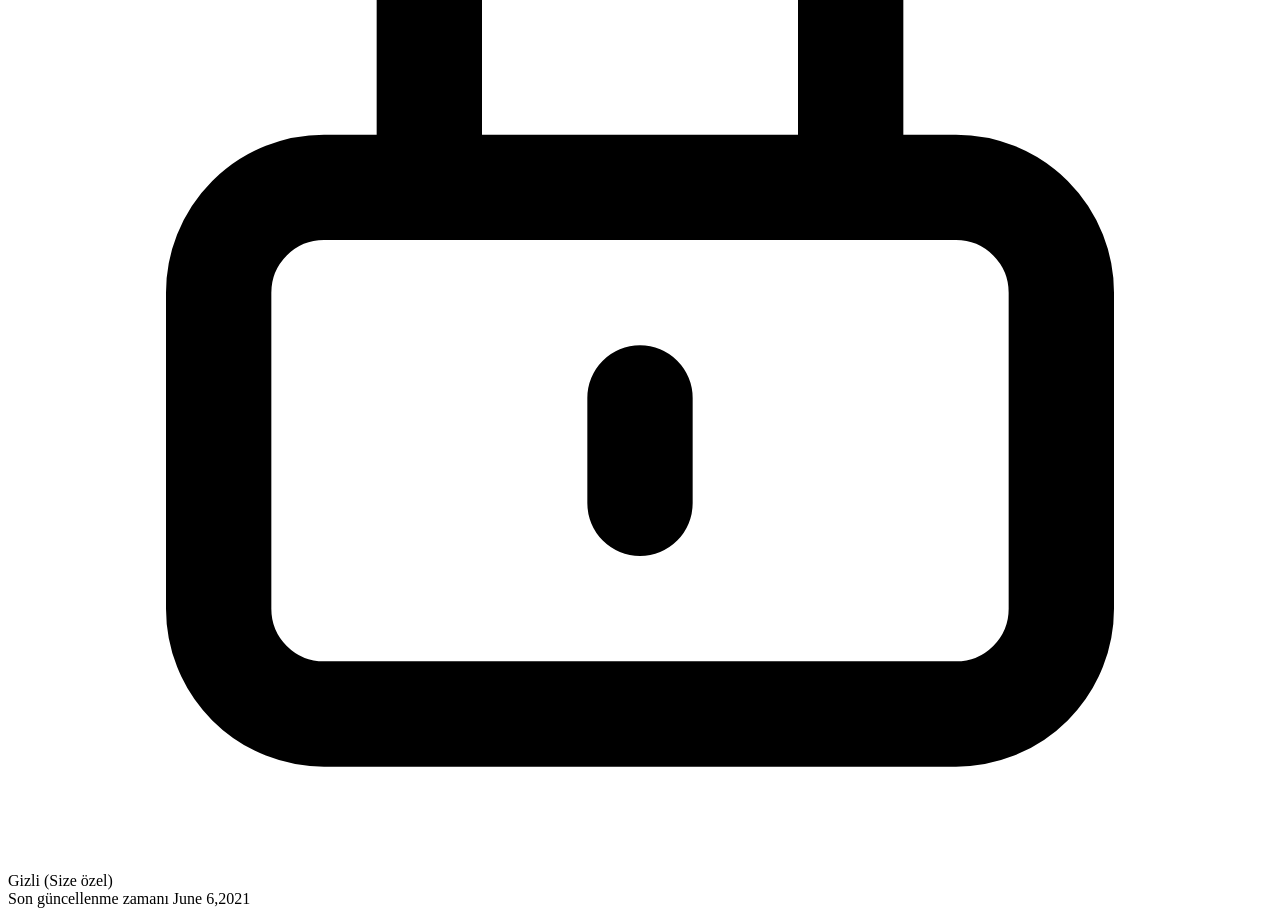
Repository: burakkck/team-2-tailwindcss-ui-sunumdetayi
Page: src/mid.html
These files come from the project's save history. The page is drawn as it stood at one moment and after the next save; the edit follows.
The browser window is 1280 px wide. The pictures show the part of the page from y = 1102 to 2054 px (the page is 2018 px tall before and 2054 px after).
A picture or video elsewhere on the page could not be fetched, so the positions and the page height are approximate.

Above is the page before, as saved 2022-08-01 02:13:34.

After the next save:
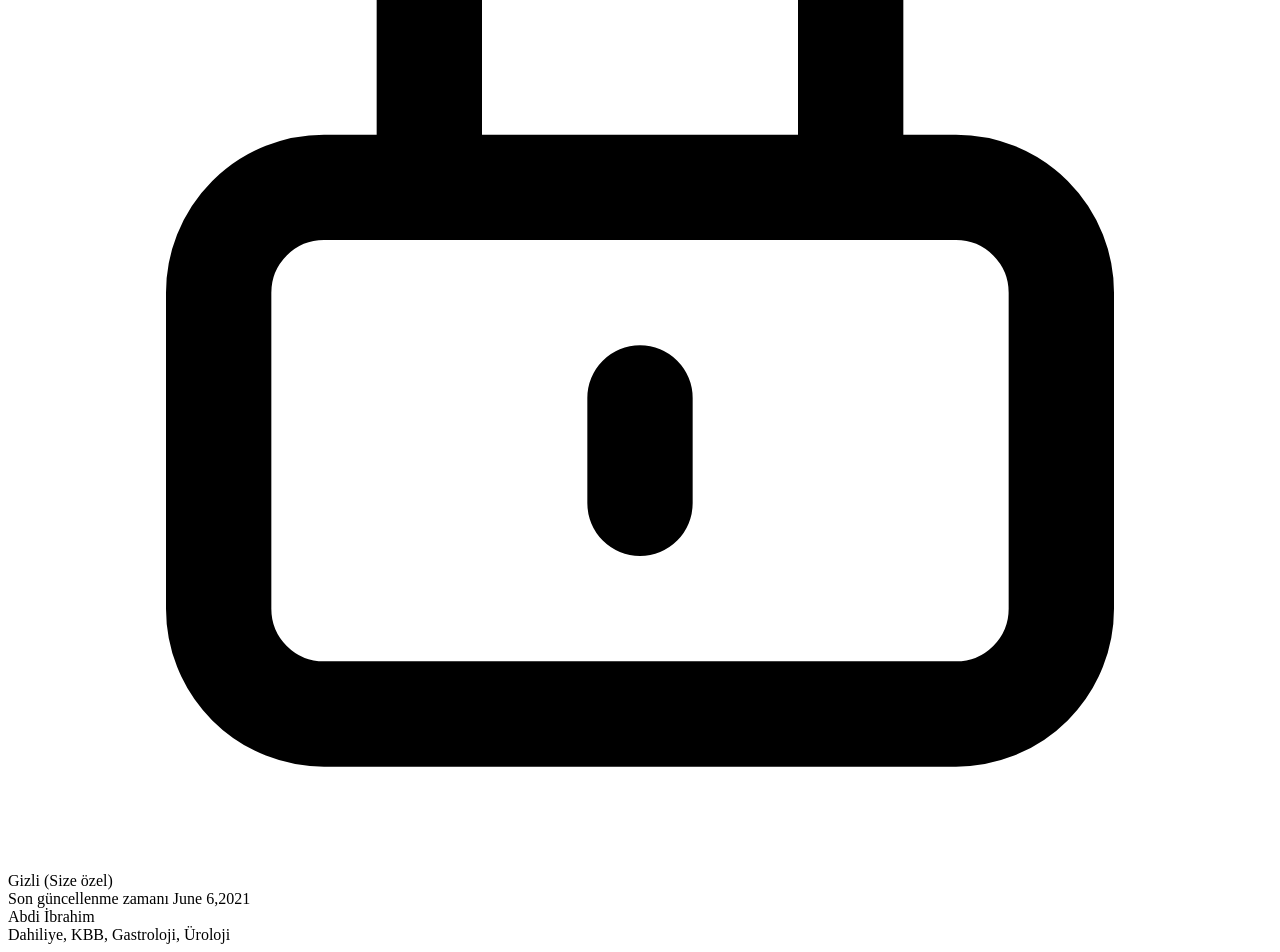
Saved 2 min 49 s later.
--- a/src/mid.html
+++ b/src/mid.html
@@ -39,8 +39,10 @@
         </div>
     </div>
     <div class="right-info w-1/2">
-        <div class="info-company"></div>
-        <div class="info-speciality"></div>
+        <div class="info-company text-black bg-gray-200">Abdi İbrahim</div>
+        <div class="info-speciality">
+            <span>Dahiliye</span>, <span>KBB</span>, <span>Gastroloji</span>, <span>Üroloji</span>
+        </div>
         <div class="info-options"></div>
     </div>
 </div>
